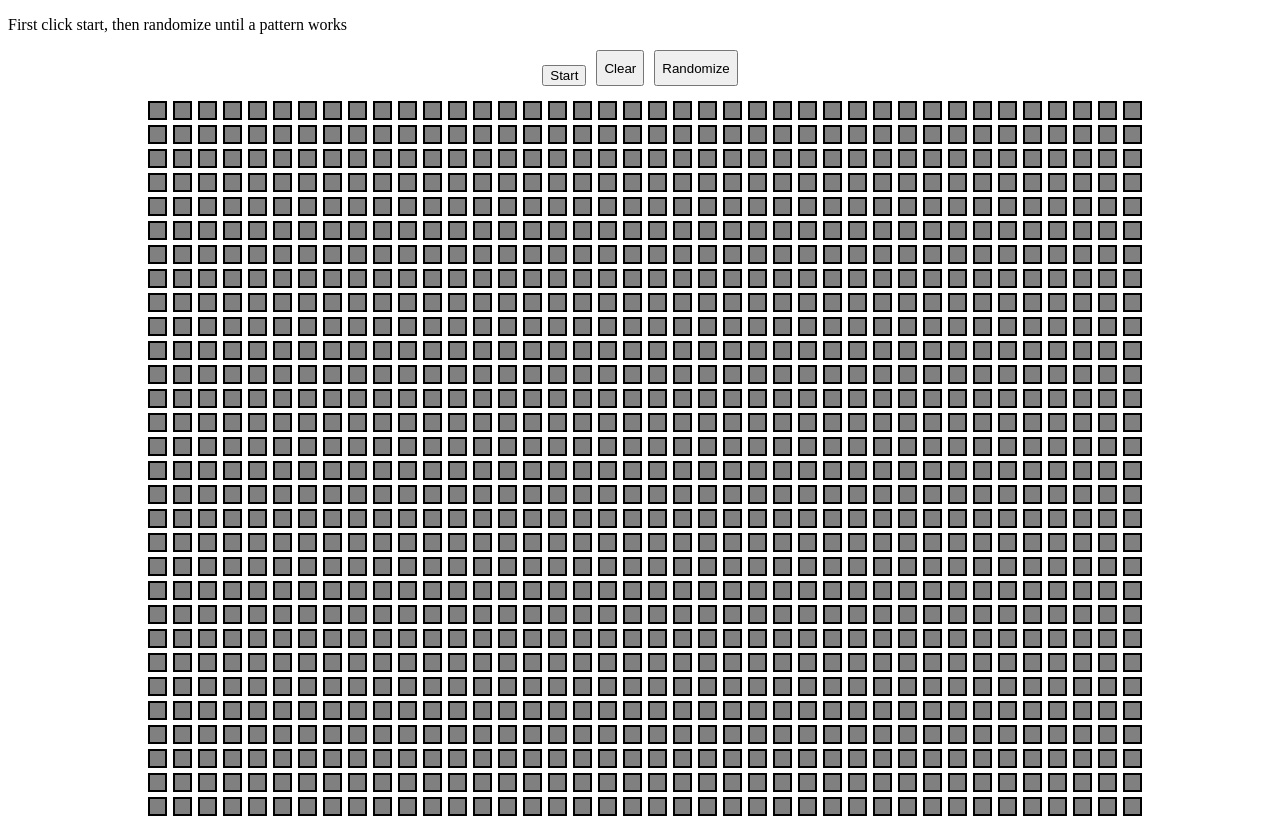
Repository: avanbussum/cellular-automata
Page: /
An editor plug-in stored every save of this project. The page is shown before and after the next save, followed by the edit.
The browser window is 1280 px wide. The pictures show the whole page.
The project was rebuilt for these pictures with package versions that can differ from the ones it lists, and the page was loaded fresh each time.

Above is the page before, as saved 2023-04-29 01:42:28.

After the next save:
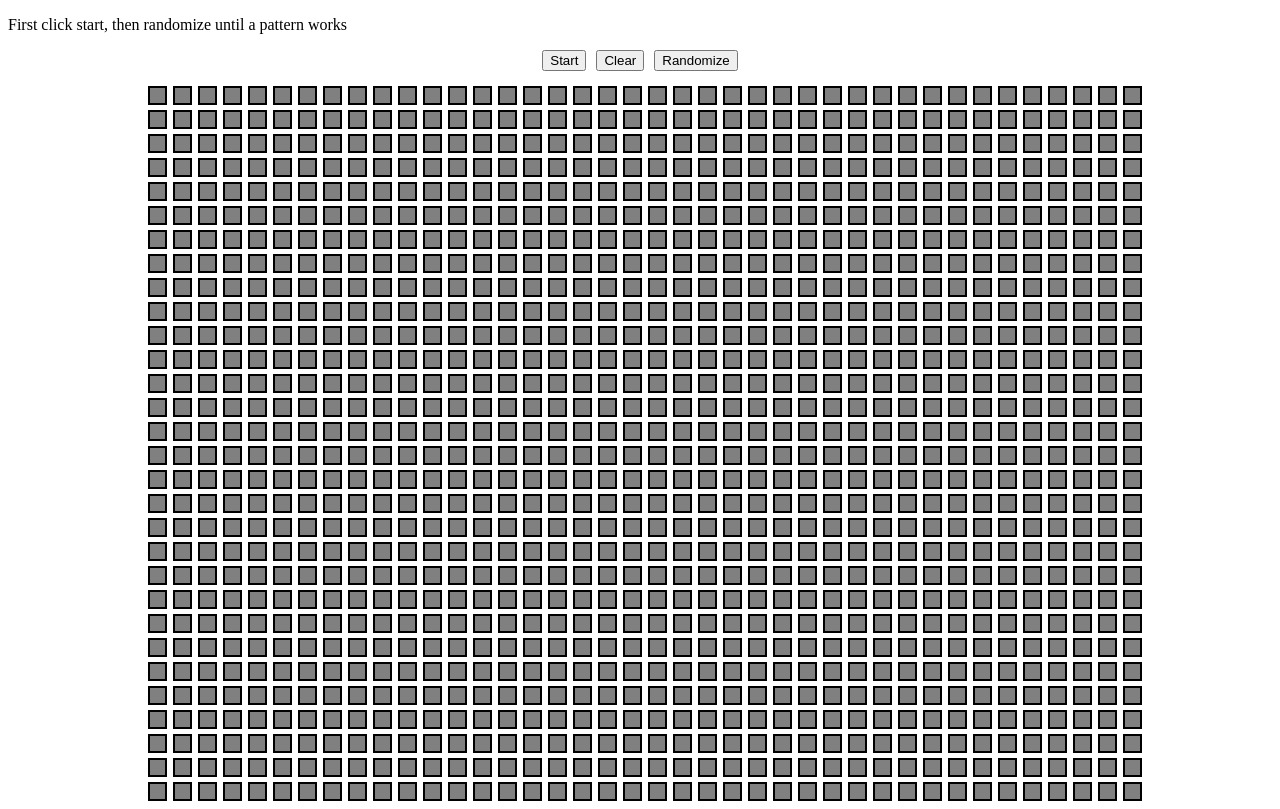
Saved 6 s later.
--- a/src/App.js
+++ b/src/App.js
@@ -146,12 +146,7 @@
           gap:'10px'
         }}>
           <button
-          style={{
-            display: 'flex',
-            justifyContent: 'center',
-            marginTop: '15px',
-            gap:'10px'
-          }}
+
         onClick={() => {
           setRunning(!running);
           if (!running) {

After the save that followed:
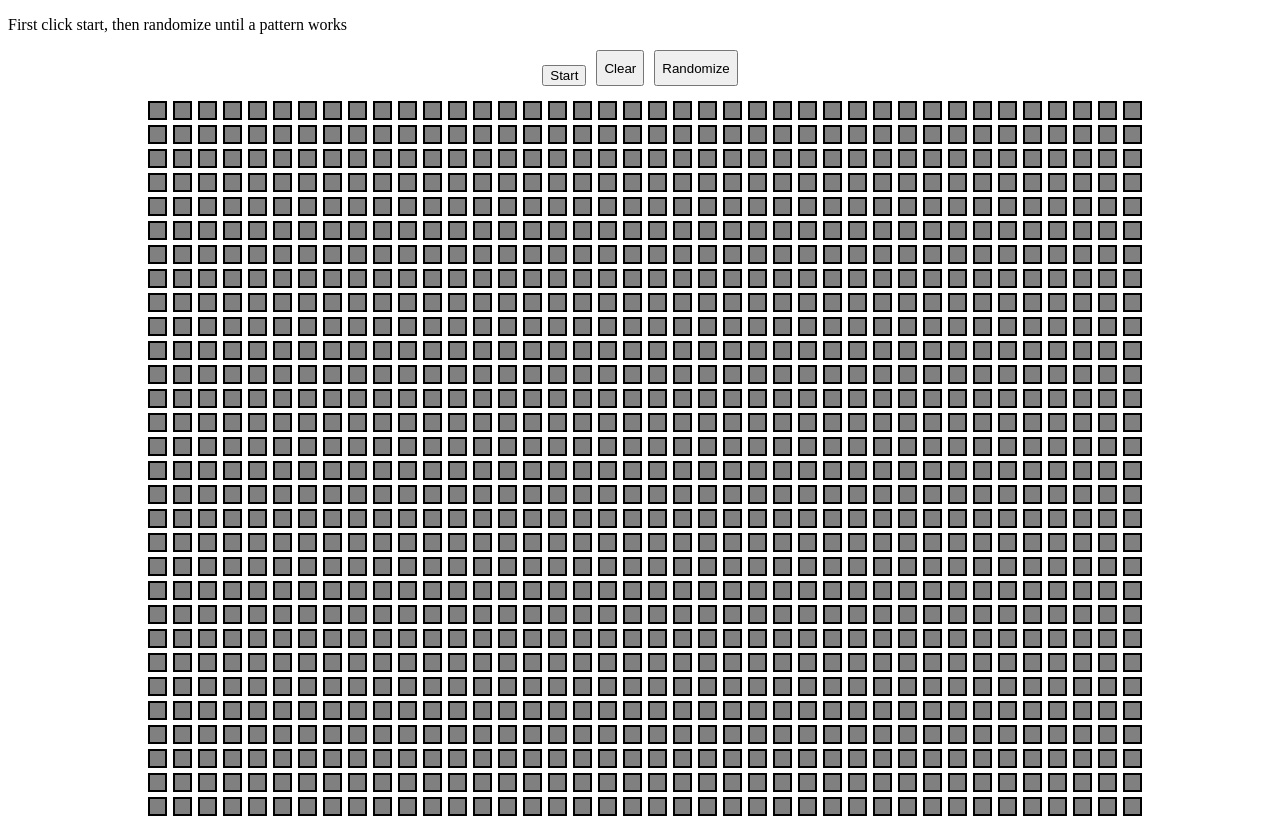
Saved 6 s later.
--- a/src/App.js
+++ b/src/App.js
@@ -146,7 +146,12 @@
           gap:'10px'
         }}>
           <button
-
+          style={{
+          display: 'flex',
+          justifyContent: 'center',
+          marginTop: '15px',
+          gap:'10px'
+        }}
         onClick={() => {
           setRunning(!running);
           if (!running) {
